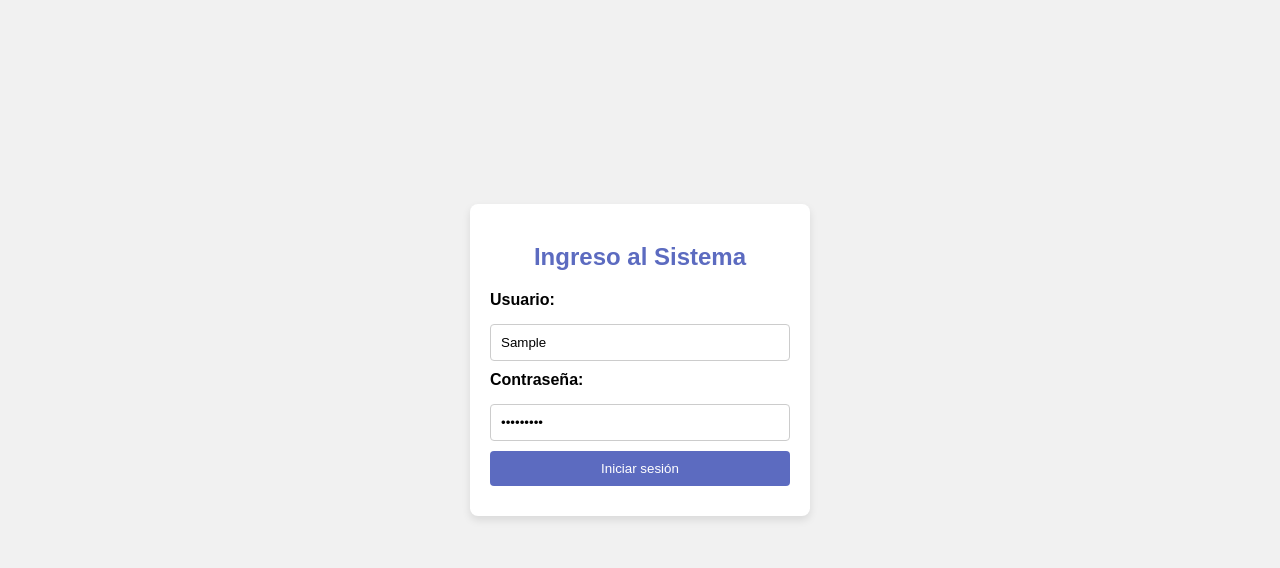
Repository: djkeviin/Mi-primera-chamba
Page: index.html
These files come from the project's save history. The page is drawn as it stood at one moment and after the next save; the edit follows.
The browser window is 1280 px wide. The pictures show the whole page.
Empty fields were first filled with sample values (such as "Sample", 5 or name@example.com).
After loading, the first visible `#login-form` was submitted once.

Above is the page before, as saved 2025-05-01 21:27:52.

After the next save:
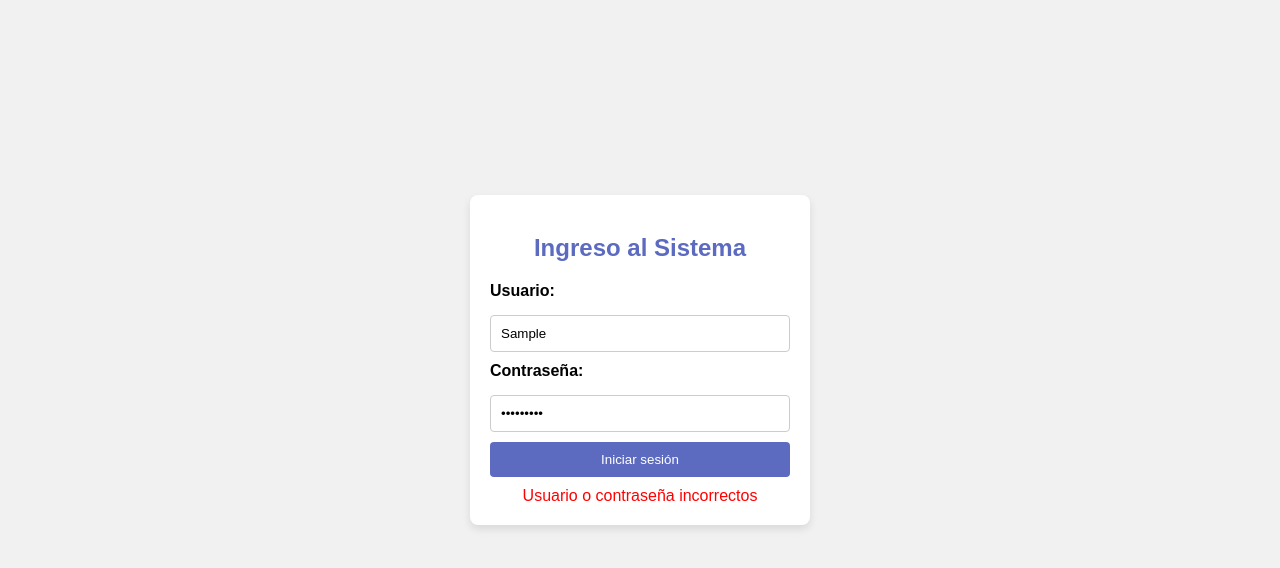
Saved 2 min 10 s later.
--- a/js/login.js
+++ b/js/login.js
@@ -1,16 +1,14 @@
-// js/login.js
-
-document.getElementById('login-form').addEventListener('submit', function(e) {
-    e.preventDefault();
+document.getElementById('login-form').addEventListener('submit', function(event) {
+    event.preventDefault();
 
     const username = document.getElementById('username').value;
     const password = document.getElementById('password').value;
+    const errorMessage = document.getElementById('error-message');
 
-    // Lógica de validación (puedes conectar con una API para validación real)
-    if (username === "admin" && password === "12345") {
-        alert("Login exitoso!");
-        window.location.href = 'dashboard.html'; // Redirige al panel principal
+    // Aquí validamos las credenciales (esto es solo un ejemplo)
+    if (username === "admin" && password === "admin123") {
+        window.location.href = "dashboard.html"; // Redirige al Dashboard
     } else {
-        alert("Usuario o contraseña incorrectos");
+        errorMessage.textContent = "Usuario o contraseña incorrectos";
     }
 });
